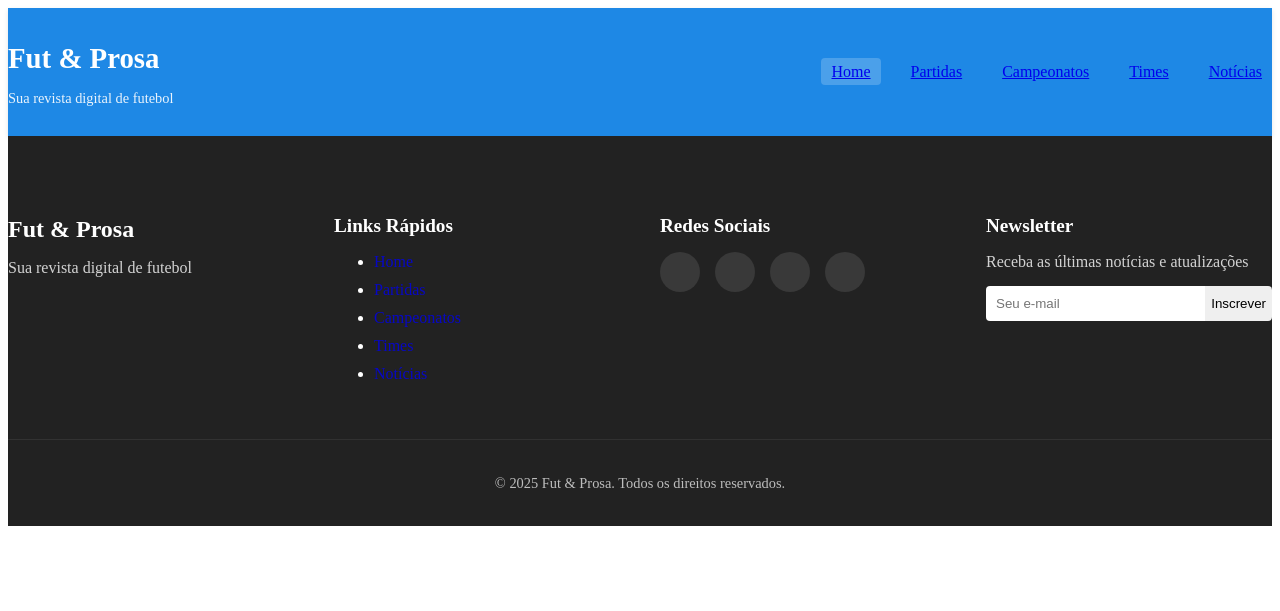
Repository: andreGattermeyer/noticias-futebol-angular
Page: / (app in projeto-fut/)
The author's editor kept a copy of each file at every save. The page is drawn from the files as they stood at one save, then again after the next save.
The browser window is 1280 px wide. The pictures show the whole page.
The project was rebuilt for these pictures with package versions that can differ from the ones it lists, and the page was loaded fresh each time. Also part of the build but not shown: projeto-fut/angular.json.

Above is the page before, as saved 2025-04-09 14:08:59.

After the next save:
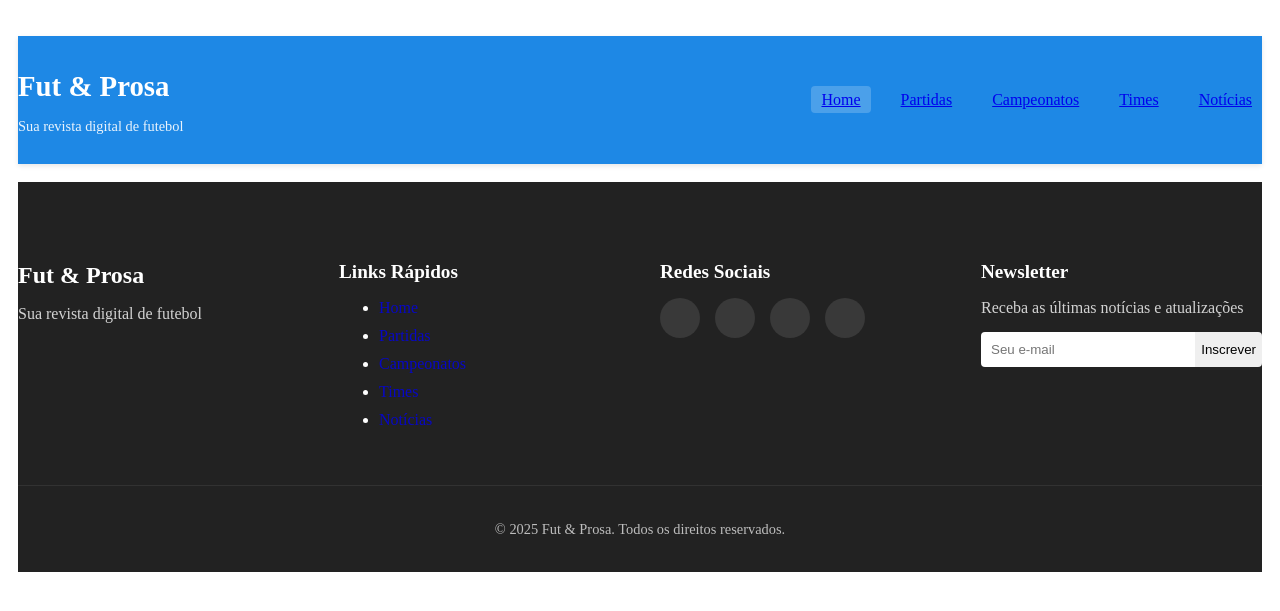
Saved 62 s later.
--- a/projeto-fut/src/app/app.component.css
+++ b/projeto-fut/src/app/app.component.css
@@ -1,7 +1,7 @@
 /* Reset e estilos gerais */
 * {
   margin: 0;
-  padding: 0;
+  padding: 10px;
   box-sizing: border-box;
 }
 

After the save that followed:
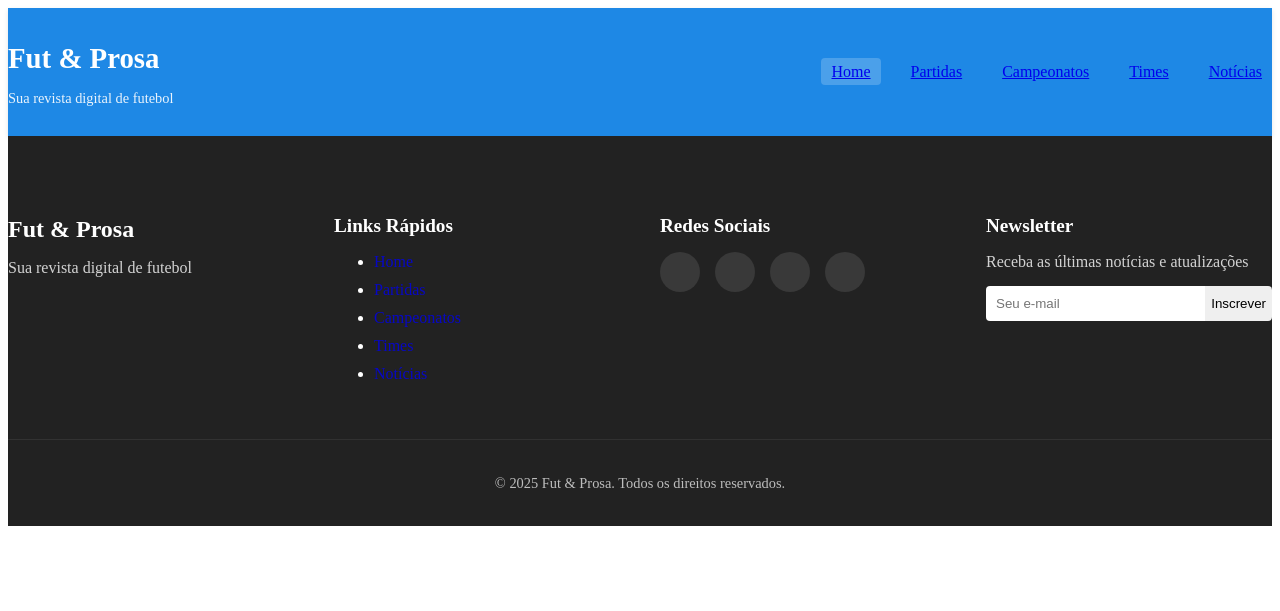
Saved 6 s later.
--- a/projeto-fut/src/app/app.component.css
+++ b/projeto-fut/src/app/app.component.css
@@ -1,7 +1,7 @@
 /* Reset e estilos gerais */
 * {
   margin: 0;
-  padding: 10px;
+  padding: 0;
   box-sizing: border-box;
 }
 
